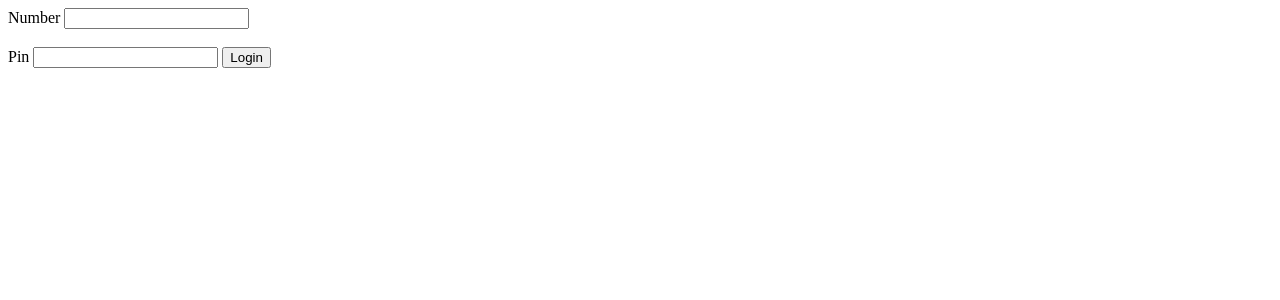
Repository: rajasuriya012001/Assessments
Page: demosample/Assesment1/src/main/webapp/bank.html
The author's editor kept a copy of each file at every save. The page is drawn from the files as they stood at one save, then again after the next save.
The browser window is 1280 px wide. The pictures show the whole page.

Above is the page before, as saved 2022-06-10 04:35:39.

After the next save:
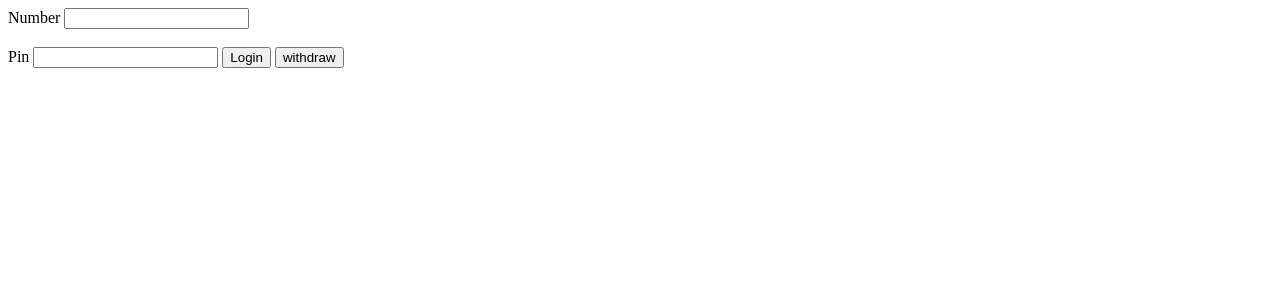
Saved 43 s later.
--- a/demosample/Assesment1/src/main/webapp/bank.html
+++ b/demosample/Assesment1/src/main/webapp/bank.html
@@ -11,5 +11,6 @@ Number
 Pin
 <input type="password" name="pin"/>
 <input type="submit" value="Login" formaction="BankValue"/>
+<input type="submit" value="withdraw" formaction="Withdraw"/>
 </body>
 </html>
